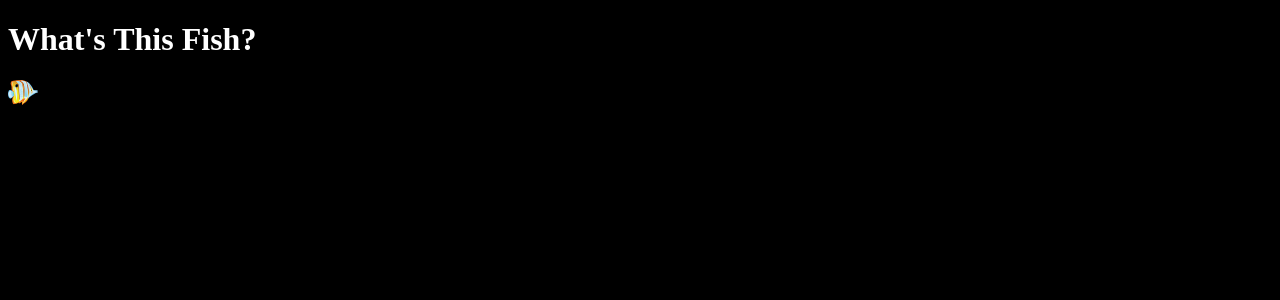
Repository: ulyfm/whatsthis.fish
Page: FishServer/externalpages/index.html
These files come from the project's save history. The page is drawn as it stood at one moment and after the next save; the edit follows.
The browser window is 1280 px wide. The pictures show the whole page.
Some web fonts or font styles are not loaded; a fallback is used.

Above is the page before, as saved 2017-01-04 17:58:01.

### FishServer/externalpages/index.html
<!DOCTYPE html>
<html>
	<head>
		<title>WhatsThisFish</title>
		<link rel='stylesheet' type='text/css' href='fish.css'>
		<script src='fish.js' type='text/javascript'></script>
		<link href="https://fonts.googleapis.com/css?family=Alegreya" rel="stylesheet">
	</head>
	<body>
		<h1>What's This Fish?</h1>
		<img src='drivingthattrainhighoncocaine.svg' id='logo'>
	</body>
</html>

### FishServer/externalpages/fish.css
html{
	background: #000000;
	color: #ffffff;
}
h1 {
	font-family: 'Alegreya', serif;
}
#logo {
	width: 30px;
	display: inline;
}

Loaded but not shown: FishServer/externalpages/fish.js (no stored copy; drawn as an empty file)

After the next save:
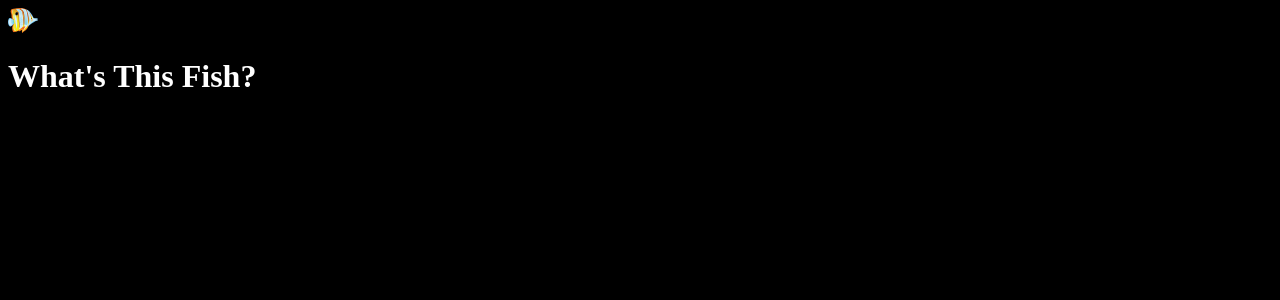
Saved 21 s later.
--- a/FishServer/externalpages/index.html
+++ b/FishServer/externalpages/index.html
@@ -7,7 +7,8 @@
 		<link href="https://fonts.googleapis.com/css?family=Alegreya" rel="stylesheet">
 	</head>
 	<body>
+		<img src='drivingthattrainhighoncocaine.svg' id='logo'>
 		<h1>What's This Fish?</h1>
-		<img src='drivingthattrainhighoncocaine.svg' id='logo'>
+
 	</body>
 </html>
